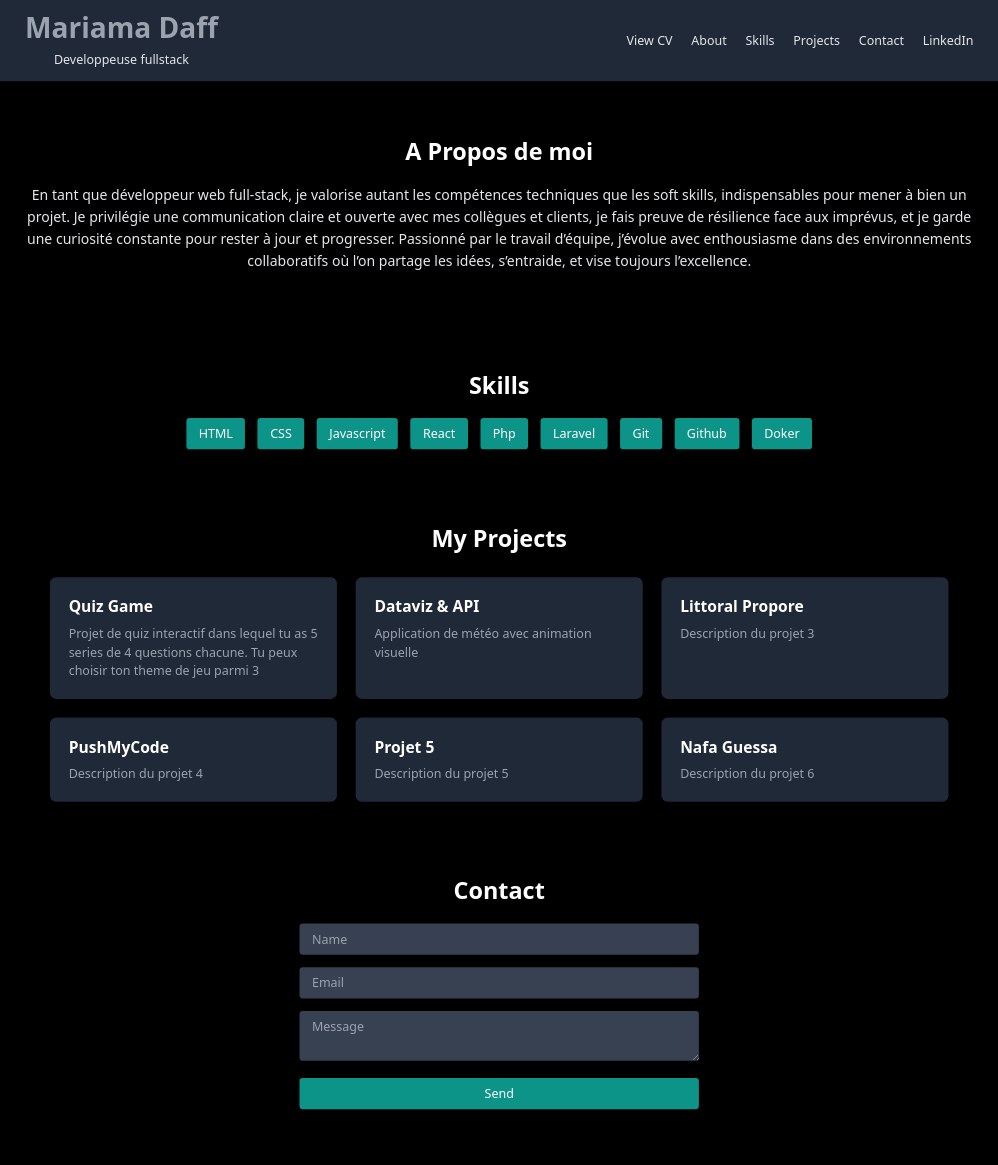
Repository: mariamdaff/Projets_Perso
Page: / (app in mon_portfolio/)
An editor plug-in stored every save of this project. The page is shown before and after the next save, followed by the edit.
The browser window is 1280 px wide. The pictures show the whole page, at 78% of full size.
The project was rebuilt for these pictures with package versions that can differ from the ones it lists, and the page was loaded fresh each time. Also part of the build but not shown: mon_portfolio/vite.config.js.

Above is the page before, as saved 2025-04-20 16:43:47.

After the next save:
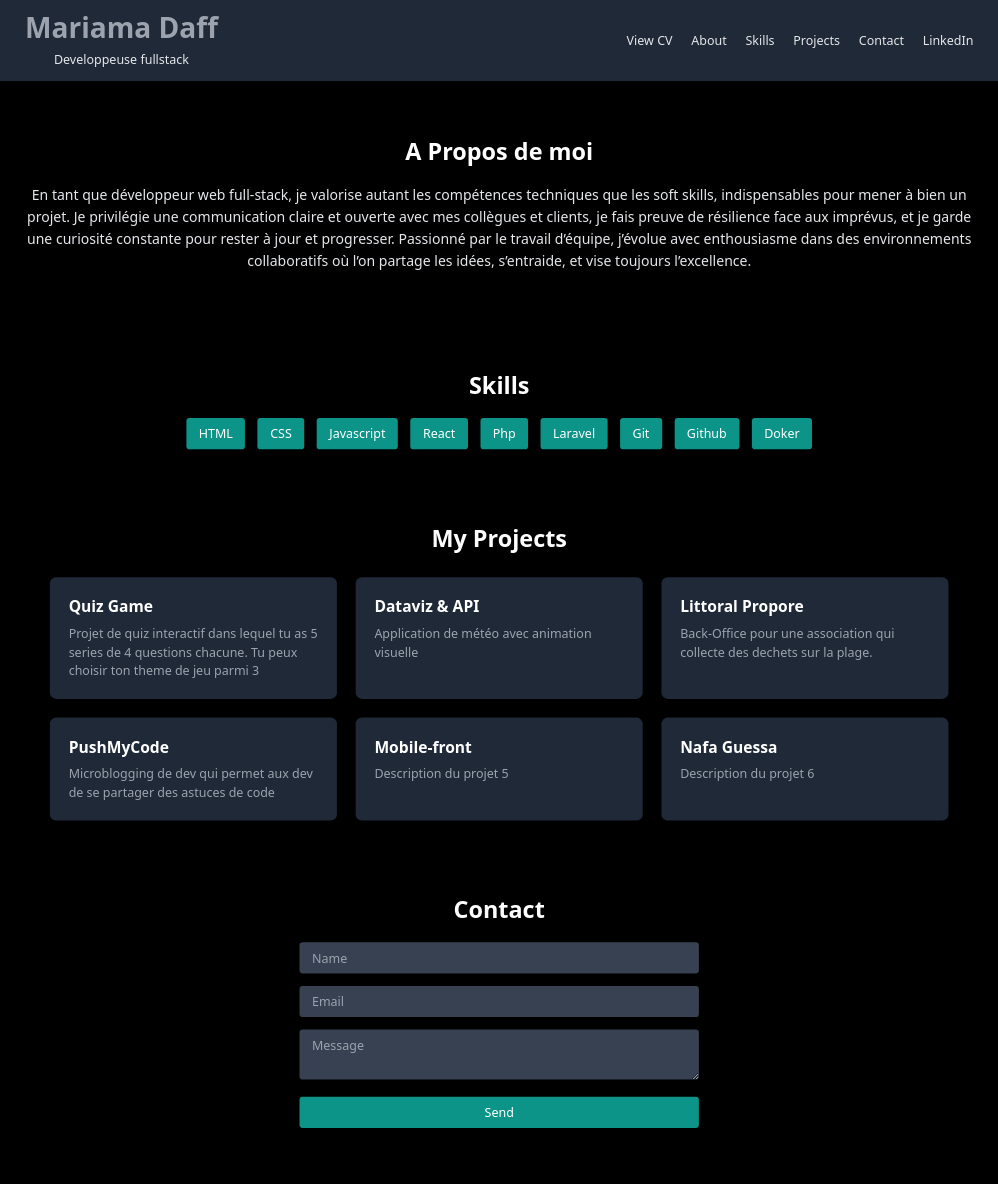
Saved 4 min 8 s later.
--- a/mon_portfolio/src/components/projets/Projets.jsx
+++ b/mon_portfolio/src/components/projets/Projets.jsx
@@ -4,9 +4,9 @@
   const projets = [
     { id: 1, titre: 'Quiz Game', description: 'Projet de quiz interactif dans lequel tu as 5 series de 4 questions chacune. Tu peux choisir ton theme de jeu parmi 3'},
     { id: 2, titre: 'Dataviz & API', description: 'Application de météo avec animation visuelle ' },
-    { id: 3, titre: 'Littoral Propore', description: 'Description du projet 3' },
-    { id: 4, titre: 'PushMyCode ', description: 'Description du projet 4' },
-    { id: 5, titre: 'Projet 5', description: 'Description du projet 5' },
+    { id: 3, titre: 'Littoral Propore', description: 'Back-Office pour une association qui collecte des dechets sur la plage.' },
+    { id: 4, titre: 'PushMyCode ', description: ' Microblogging de dev qui permet aux dev de se partager des astuces de code' },
+    { id: 5, titre: 'Mobile-front', description: 'Description du projet 5' },
     { id: 6, titre: 'Nafa Guessa', description: 'Description du projet 6' },
   ];
 
